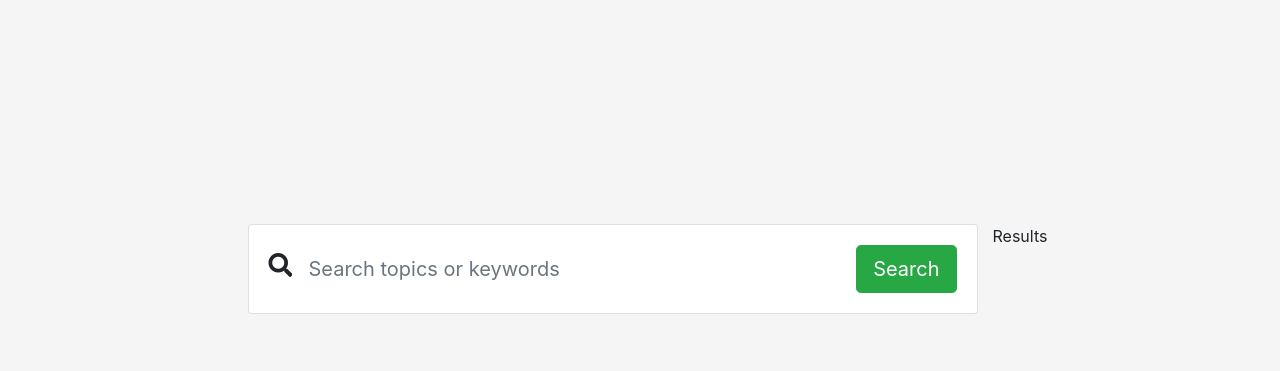
Repository: roistyx/ask-ChatGBT-travel-recommendations
Page: Backend/src/views/search.html
The author's editor kept a copy of each file at every save. The page is drawn from the files as they stood at one save, then again after the next save.
The browser window is 1280 px wide. The pictures show the whole page.
Some web libraries are served in a nearby version.

Above is the page before, as saved 2023-03-20 12:23:37.
Console error: TypeError: Cannot read properties of undefined (reading 'fn')

### Backend/src/views/search.html
<!DOCTYPE html>
<html>
<head>
<link href="//maxcdn.bootstrapcdn.com/bootstrap/4.1.1/css/bootstrap.min.css" rel="stylesheet" id="bootstrap-css">
<script src="//maxcdn.bootstrapcdn.com/bootstrap/4.1.1/js/bootstrap.min.js"></script>
<script src="//cdnjs.cloudflare.com/ajax/libs/jquery/3.2.1/jquery.min.js"></script>
<link rel="stylesheet" href="https://use.fontawesome.com/releases/v5.1.0/css/all.css"
    integrity="sha384-lKuwvrZot6UHsBSfcMvOkWwlCMgc0TaWr+30HWe3a4ltaBwTZhyTEggF5tJv8tbt" crossorigin="anonymous">

  <link rel="stylesheet" href="search.css">

</head>
<body>

    <div class="container">
        <br />
        <div class="row justify-content-center">
            <div class="col-12 col-md-10 col-lg-8">
                <form class="card card-sm">
                    <div class="card-body row no-gutters align-items-center">
                        <div class="col-auto">
                            <i class="fas fa-search h4 text-body"></i>
                        </div>
                        <!--end of col-->
                        <div class="col">
                            <input class="form-control form-control-lg form-control-borderless" type="search"
                                placeholder="Search topics or keywords">
                        </div>
                        <!--end of col-->
                        <div class="col-auto">
                            <button class="btn btn-lg btn-success" type="submit">Search</button>
                        </div>
                        <!--end of col-->
                        <link rel="stylesheet" href="https://use.fontawesome.com/releases/v5.1.0/css/all.css"
                            integrity="sha384-lKuwvrZot6UHsBSfcMvOkWwlCMgc0TaWr+30HWe3a4ltaBwTZhyTEggF5tJv8tbt"
                            crossorigin="anonymous">
                    </div>
                </form>
            </div>
            <div>Results</div>
        </div>
    </div>

</body>
</html>

### Backend/src/views/search.css
* {
	margin: 0;
	padding: 0;
}

body {
	background-color: #f5f5f5;
	padding-top: 200px;
}

.form-control-borderless {
	border: none;
}

.form-control-borderless:hover,
.form-control-borderless:active,
.form-control-borderless:focus {
	border: none;
	outline: none;
	box-shadow: none;
}

After the next save:
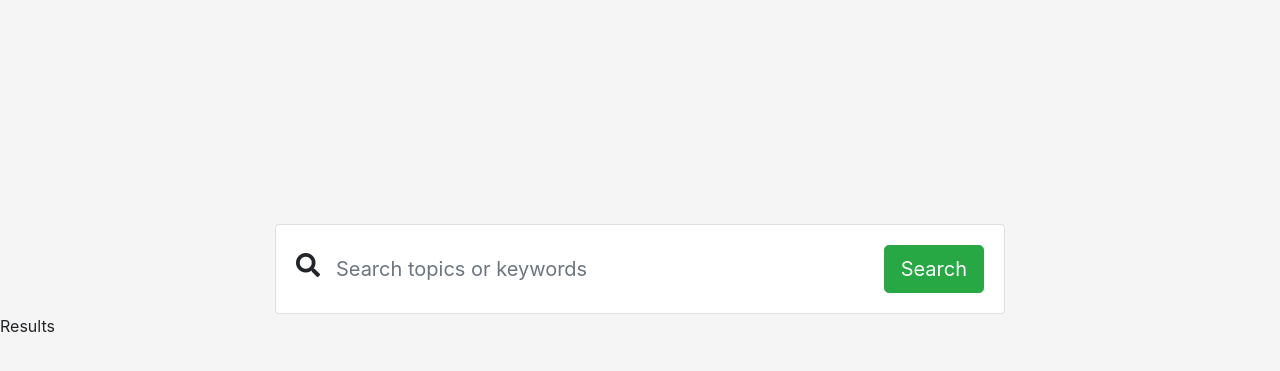
Saved 6 s later.
--- a/Backend/src/views/search.html
+++ b/Backend/src/views/search.html
@@ -37,9 +37,9 @@
                     </div>
                 </form>
             </div>
-            <div>Results</div>
+
         </div>
     </div>
-
+<div>Results</div>
 </body>
 </html>

After the save that followed:
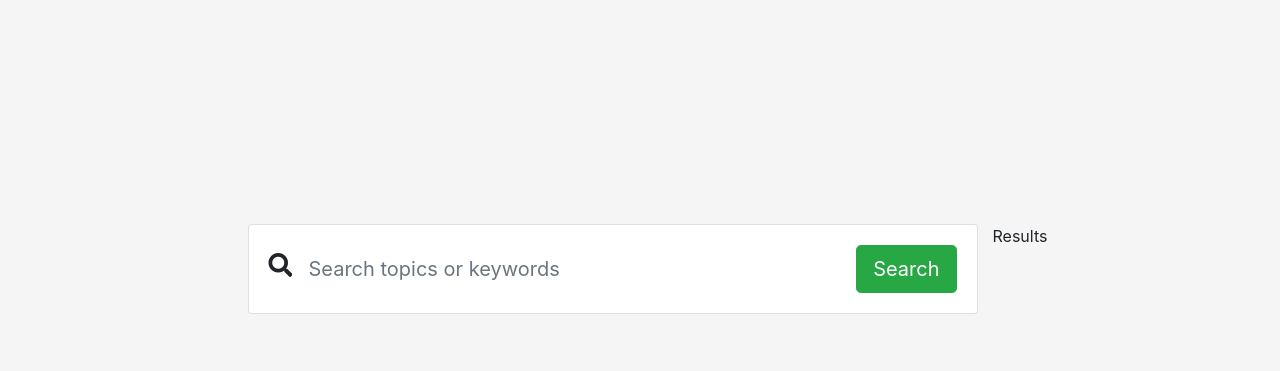
Saved 5 s later.
--- a/Backend/src/views/search.html
+++ b/Backend/src/views/search.html
@@ -37,9 +37,9 @@
                     </div>
                 </form>
             </div>
-
+            <div>Results</div>
         </div>
     </div>
-<div>Results</div>
+
 </body>
 </html>
